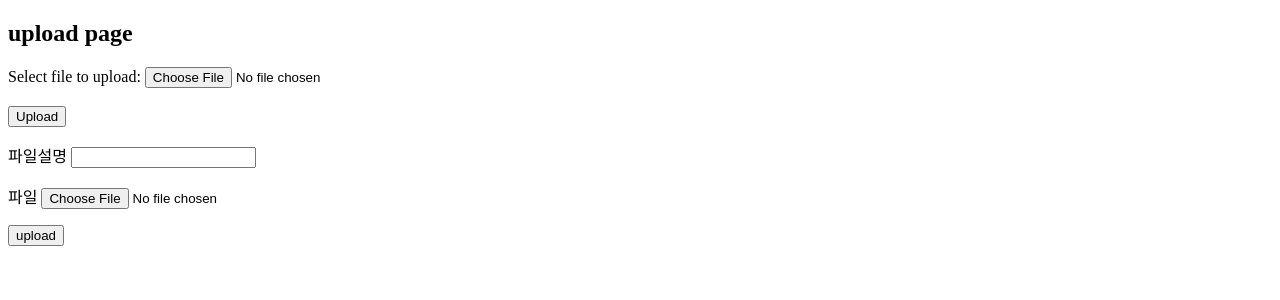
Repository: porivas/140630_Java
Page: http://localhost/140929_mp3_Prof/upload
An editor plug-in stored every save of this project. The page is shown before and after the next save, followed by the edit.
The browser window is 1280 px wide. The pictures show the whole page.
The page is served by Tomcat 9.

Above is the page before, as saved 2014-09-29 09:05:20.

After the next save:
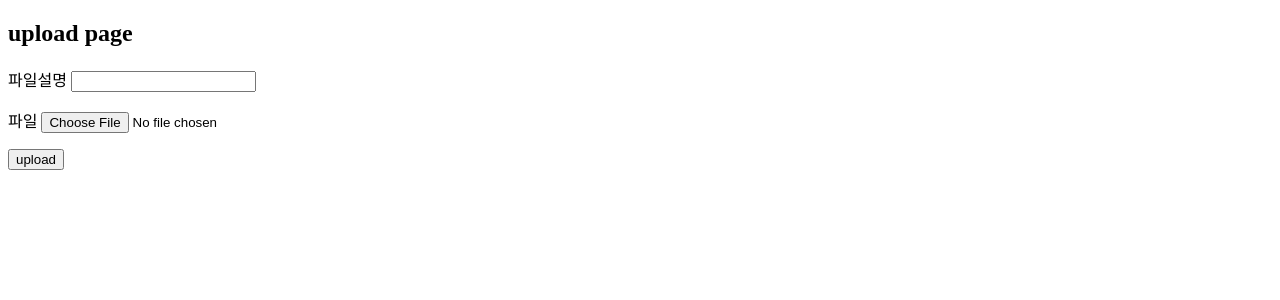
Saved 90 s later.
--- a/140929_mp3_Prof/WebContent/WEB-INF/jsp/upload.jsp
+++ b/140929_mp3_Prof/WebContent/WEB-INF/jsp/upload.jsp
@@ -10,13 +10,7 @@
 <body>
 	<h2>upload page</h2>
 
-	<form method="post" action="upload"
-        enctype="multipart/form-data">
-        Select file to upload: <input type="file" name="file" size="60" /><br />
-        <br /> <input type="submit" value="Upload" />
-    </form>
-
-	<form action = "upload" method="post">
+	<form method="post" action="upload" enctype="multipart/form-data">
 	<p> 파일설명 <input type = "text" name="desc"></p>
 	<p> 파일 <input type = "file" name="filename"></p>
 	<p><input type='submit' value='upload'></p>
